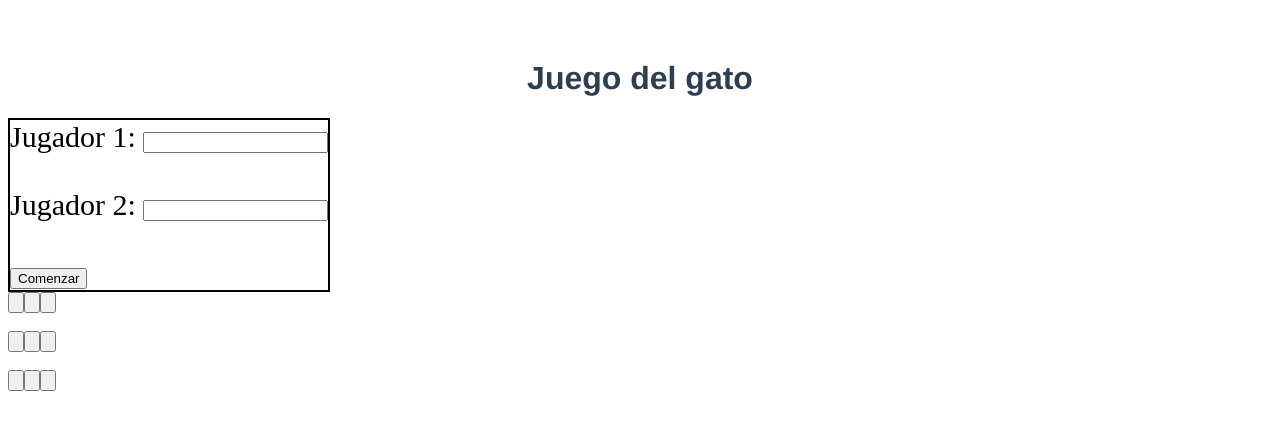
Repository: franciscamanquecheo/Taller-2
Page: / (app in vite-project/)
An editor plug-in stored every save of this project. The page is shown before and after the next save, followed by the edit.
The browser window is 1280 px wide. The pictures show the whole page.
The project was rebuilt for these pictures with package versions that can differ from the ones it lists, and the page was loaded fresh each time. Also part of the build but not shown: vite-project/vite.config.ts.

Above is the page before, as saved 2022-06-17 17:25:30.

After the next save:
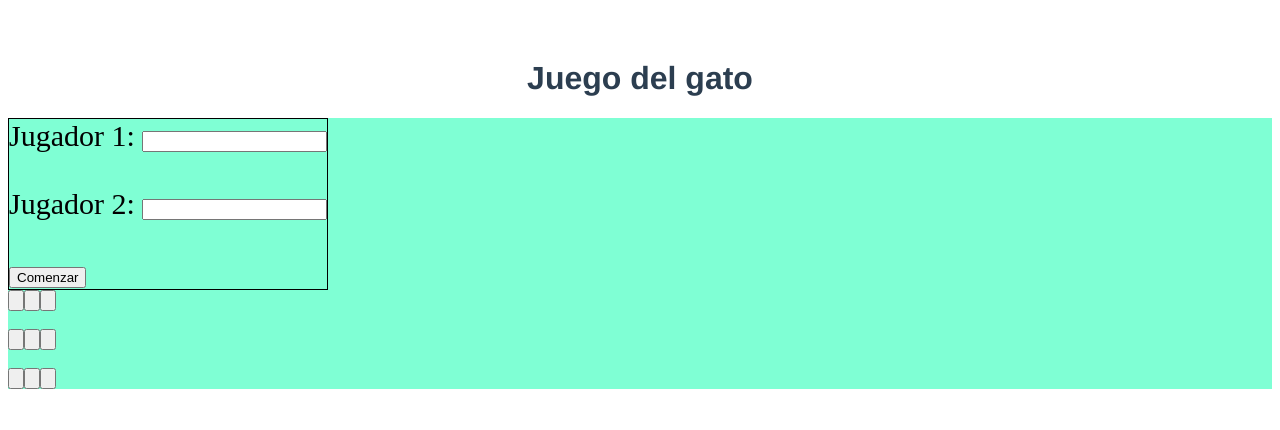
Saved 2 min 4 s later.
--- a/vite-project/src/App.vue
+++ b/vite-project/src/App.vue
@@ -57,13 +57,15 @@ h1 {
 article#comandos{
   display: inline-block;
   text-align: left;
-  border: 2px solid black;
+  border: 1px solid black;
 font-size: 30px;
+
+
 }
 section{
   display: inline-block;
   margin: 0 auto;
-
+  background-color: aquamarine;
   width: 100%;
 }
 </style>
